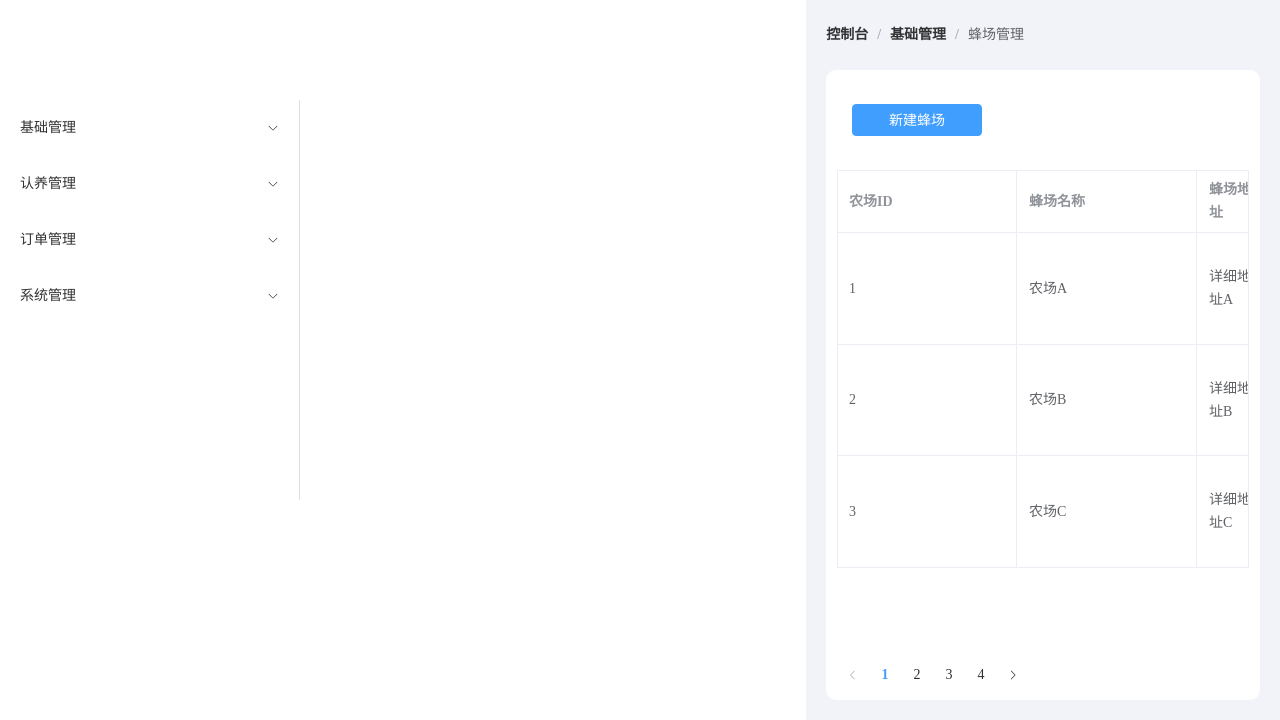
Repository: secret47/test-office-demo
Page: /dashboard/basic/farm
An editor plug-in stored every save of this project. The page is shown before and after the next save, followed by the edit.
The browser window is 1280 px wide. The pictures show the whole page.
The project was rebuilt for these pictures with package versions that can differ from the ones it lists, and the page was loaded fresh each time. Also part of the build but not shown: vite.config.js.

Above is the page before, as saved 2024-10-30 13:41:04.

After the next save:
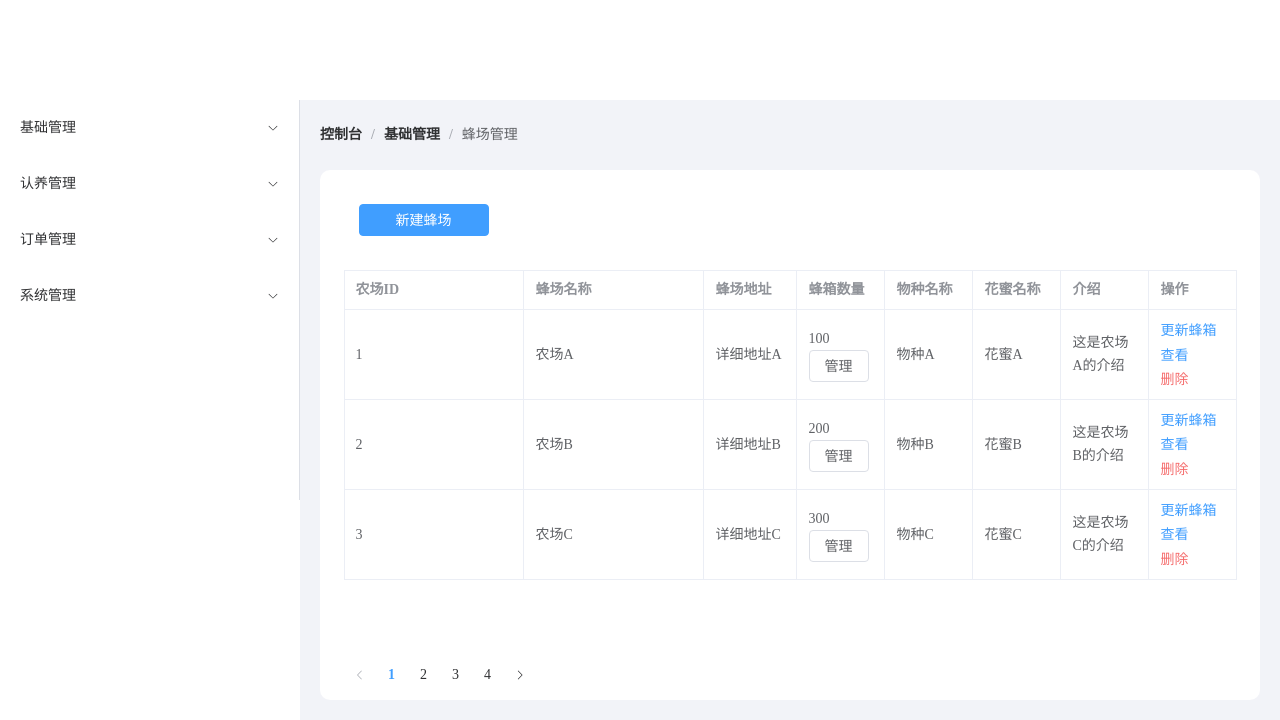
Saved 81 s later.
--- a/src/layouts/index.vue
+++ b/src/layouts/index.vue
@@ -6,7 +6,11 @@
                 <MenuComponent />
             </el-aside>
             <el-container class="container">
-                <HeaderComponent />
+                <el-header>
+                    <el-icon @click="toggleCollapse" class="toggle-icon">
+                        <i class="toggle-icon-class"></i>
+                    </el-icon>
+                </el-header>
                 <el-main>
                     <div class="bread">
                         <el-breadcrumb separator="/">
@@ -57,7 +61,11 @@ const toggleCollapse = () => {
         width: calc(100% - 300px);
         height: 100%;
 
-
+        .el-header {
+            width: 100%;
+            height: 100px;
+            background: #ffffff;
+        }
 
         .el-main {
             background: #F2F3F8;
